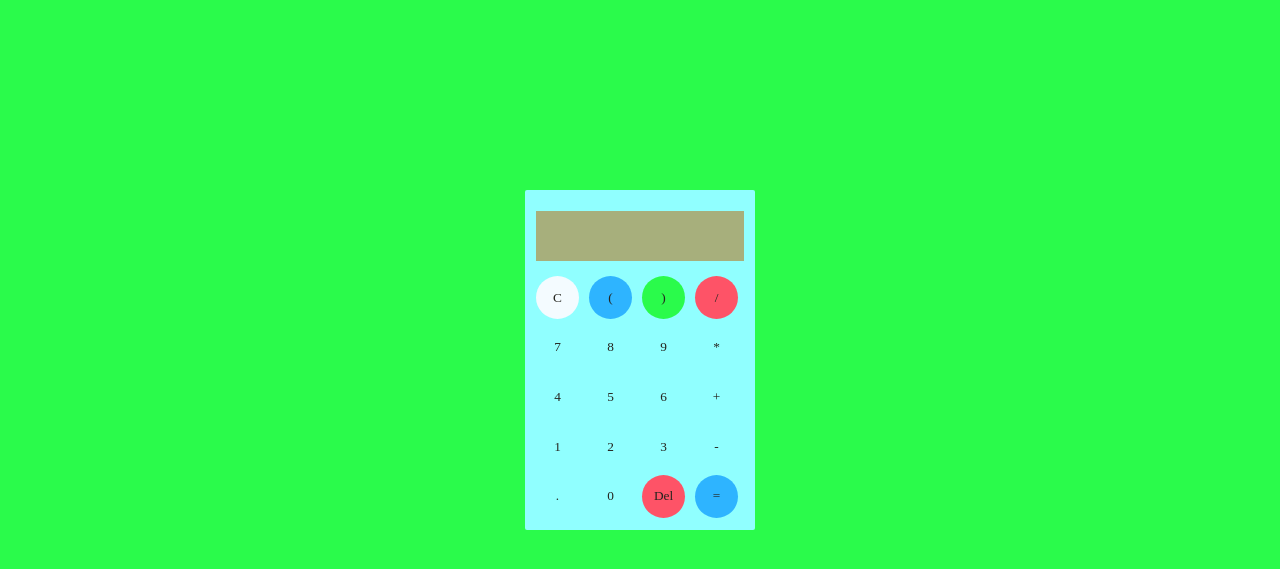
Repository: ServerK001/CalcJsVanilha
Page: index.html
An editor plug-in stored every save of this project. The page is shown before and after a run of saves, followed by the edit.
The browser window is 1280 px wide. The pictures show the whole page.

Above is the page before, as saved 2022-02-15 18:10:00.

After the next 2 saves:
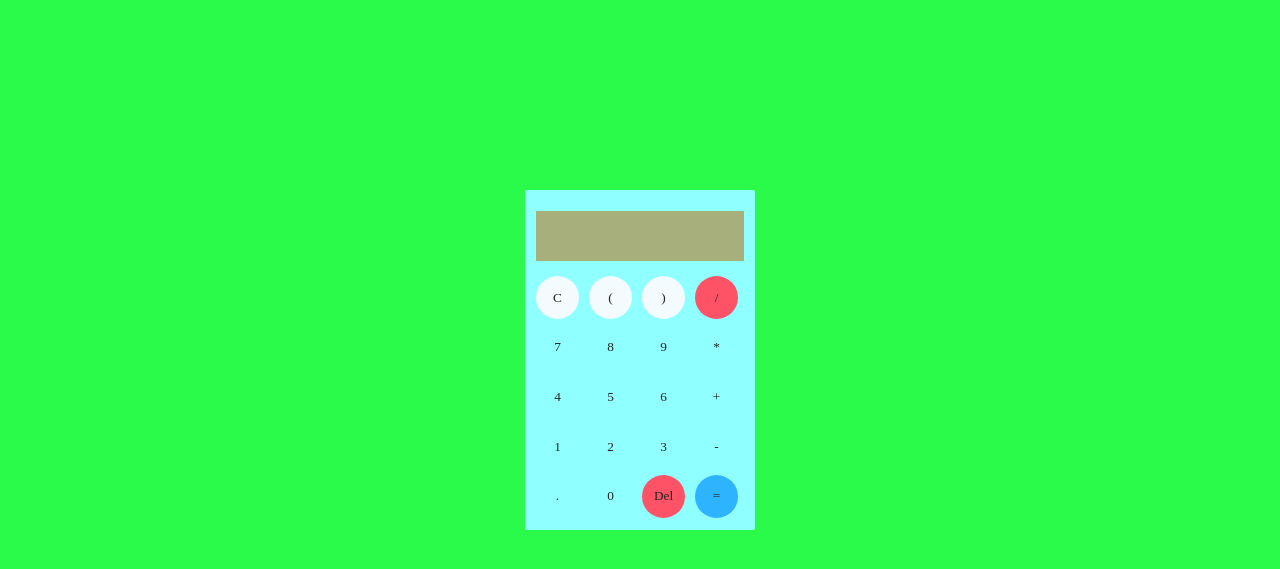
The 2 saves are shown as one change because they came seconds apart.
The last was saved 63 s later.
--- a/index.html
+++ b/index.html
@@ -22,8 +22,8 @@
 
                 <tr>
                     <td><button class="btn btn_1 btn-clear">C</button></td>
-                    <td><button class="btn btn_2 btn-num">(</button></td>
-                    <td><button class="btn btn_3 btn-num">)</button></td>
+                    <td><button class="btn btn_1 btn-num">(</button></td>
+                    <td><button class="btn btn_1 btn-num">)</button></td>
                     <td><button class="btn btn_4 btn-num">/</button></td>
                 </tr>
 
